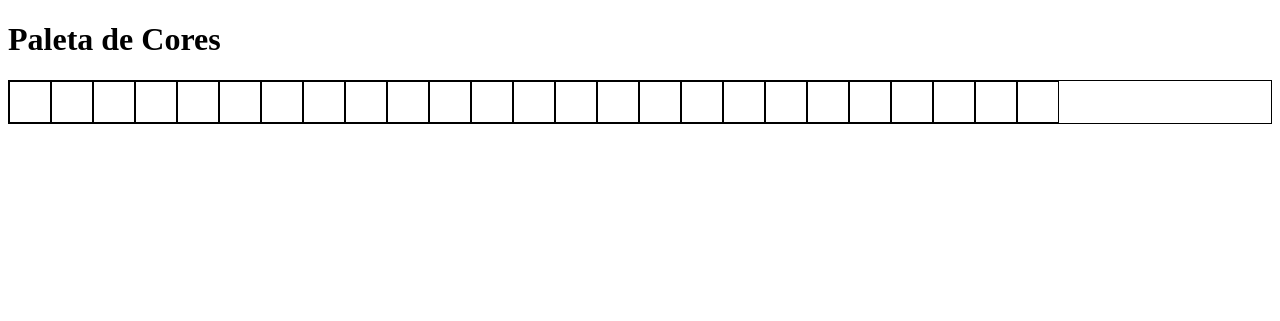
Repository: MuriloColleti/project-Pixer-Art
Page: index.html
An editor plug-in stored every save of this project. The page is shown before and after the next save, followed by the edit.
The browser window is 1280 px wide. The pictures show the whole page.

Above is the page before, as saved 2024-02-05 16:02:52.

After the next save:
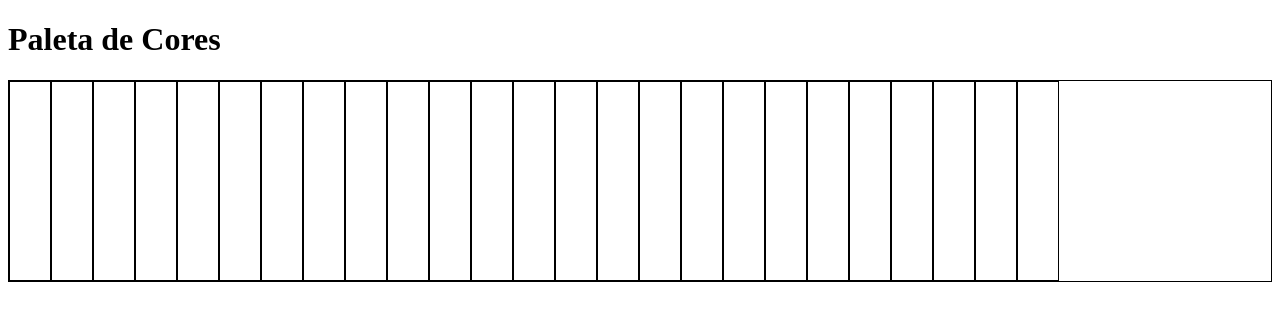
Saved 16 s later.
--- a/style.css
+++ b/style.css
@@ -22,6 +22,7 @@
 
 #pixel-board{
     border: 1px solid black;
+    min-height: 200px;
 
     display: flex;
 }

After the save that followed:
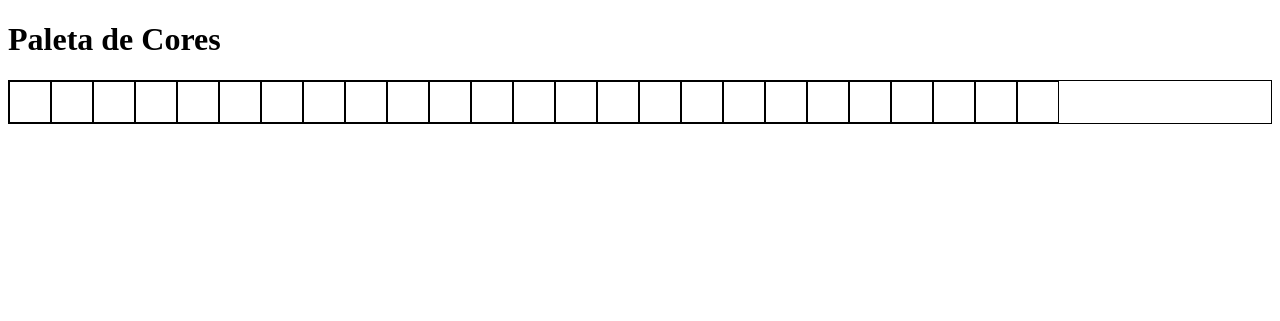
Saved 16 s later.
--- a/style.css
+++ b/style.css
@@ -22,7 +22,7 @@
 
 #pixel-board{
     border: 1px solid black;
-    min-height: 200px;
+    max-height: 200px;
 
     display: flex;
 }
